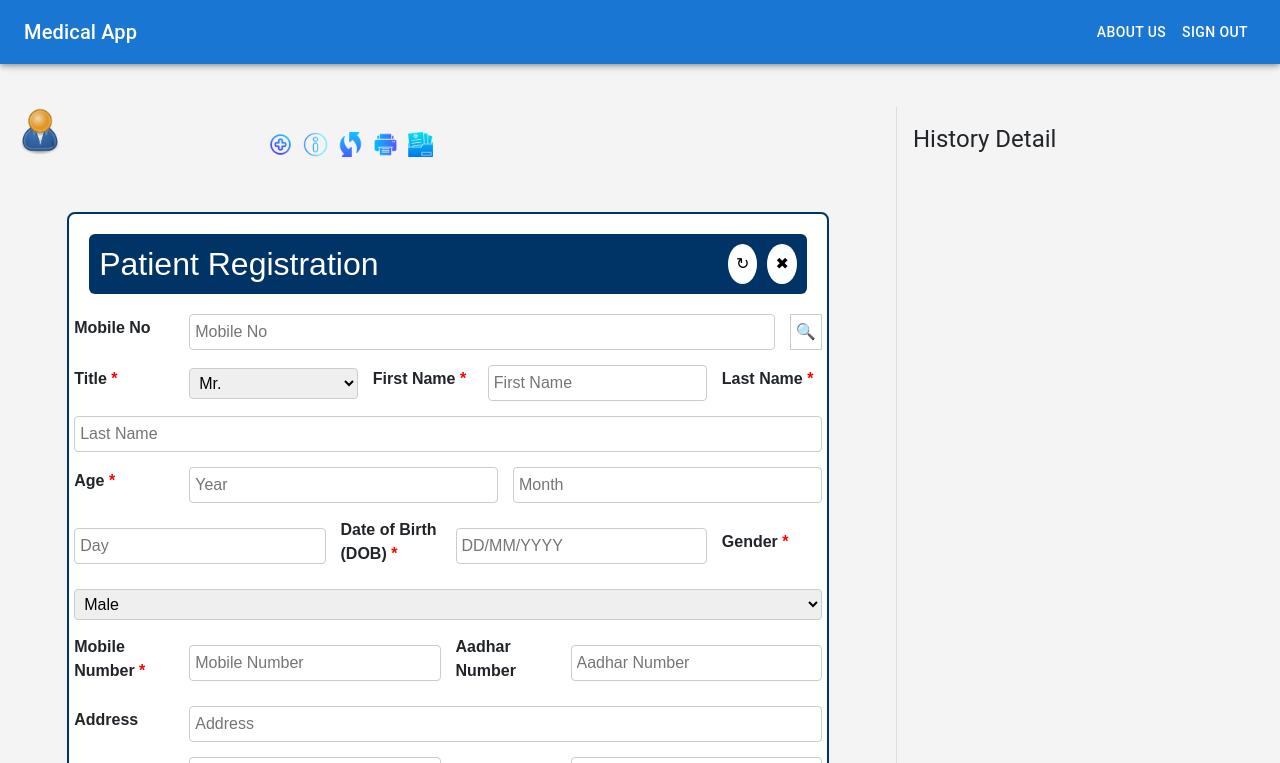
Repository: sshaiv/demo_project
Page: /
The author's editor kept a copy of each file at every save. The page is drawn from the files as they stood at one save, then again after the next save.
The browser window is 1280 px wide. The pictures show the whole page.
An inner scrolling area shows only its first screen. The project was rebuilt for these pictures with package versions that can differ from the ones it lists, and the page was loaded fresh each time.

Above is the page before, as saved 2024-08-12 22:42:47.

### public/index.html
<!DOCTYPE html>
<html lang="en">
  <head>
    <meta charset="utf-8" />
    <link rel="icon" href="%PUBLIC_URL%/favicon.ico" />
    <meta name="viewport" content="width=device-width, initial-scale=1" />
    <meta name="theme-color" content="#000000" />
    <meta
      name="description"
      content="Web site created using create-react-app"
    />
    <link rel="apple-touch-icon" href="%PUBLIC_URL%/logo192.png" />
    <!--
      manifest.json provides metadata used when your web app is installed on a
      user's mobile device or desktop. See https://developers.google.com/web/fundamentals/web-app-manifest/
    -->
    <link rel="manifest" href="%PUBLIC_URL%/manifest.json" />
    <link
  rel="stylesheet"
  href="https://maxcdn.bootstrapcdn.com/bootstrap/4.5.2/css/bootstrap.min.css"
/>

    <!--
      Notice the use of %PUBLIC_URL% in the tags above.
      It will be replaced with the URL of the `public` folder during the build.
      Only files inside the `public` folder can be referenced from the HTML.

      Unlike "/favicon.ico" or "favicon.ico", "%PUBLIC_URL%/favicon.ico" will
      work correctly both with client-side routing and a non-root public URL.
      Learn how to configure a non-root public URL by running `npm run build`.
    -->
    <title>React App</title>
  </head>
  <body>
    <noscript>You need to enable JavaScript to run this app.</noscript>
    <div id="root"></div>
    <!--
      This HTML file is a template.
      If you open it directly in the browser, you will see an empty page.

      You can add webfonts, meta tags, or analytics to this file.
      The build step will place the bundled scripts into the <body> tag.

      To begin the development, run `npm start` or `yarn start`.
      To create a production bundle, use `npm run build` or `yarn build`.
    -->
  </body>
</html>

### src/App.js
// src/App.js
import React from 'react';
import { Box, Container } from '@mui/material';
import LeftSection from './components/LeftSection';
import RightSection from './components/RightSection';
import Header from './components/Header'; // Assuming you have a Header component
import NursingHeader from './components/NursingHeader';

const App = () => {
  return (
    <div>
      <Header /> {/* Include your header if you have one */}

      <Box
        sx={{
          position:'relative',
          top:'75px',
          display: 'flex',
          height: 'calc(100vh - 64px)', // Adjust height if you have a header
        }}
      >
        <Box sx={{ width: '70%', overflowY: 'scroll' }}>
          <LeftSection />
           <NursingHeader />
        </Box>
        <Box sx={{ width: '30%', borderLeft: '1px solid #ddd' }}>
          <RightSection />
        </Box>
      </Box>
    </div>
  );
};

export default App;

### src/components/LeftSection.jsx
// src/components/LeftSection.js
import React from 'react';
// import { Box, Typography, TextField, Grid } from '@mui/material';

const LeftSection = () => {
  return (
   <div></div>
  );
};

export default LeftSection;

### src/components/RightSection.jsx
// src/components/RightSection.js
import React from 'react';
import { Box, Typography } from '@mui/material';

const RightSection = () => {
  return (
    <Box
      sx={{
        width: '100%',
        height: 'calc(100vh - 64px)',
        padding: '16px',
        boxSizing: 'border-box',
      }}
    >
      <Typography variant="h5" gutterBottom>
        History Detail
      </Typography>
      {/* Add more content as needed */}
    </Box>
  );
};

export default RightSection;

### src/components/Header.js
import React from 'react';
import { AppBar, Toolbar, Typography, Button } from '@mui/material';

const Header = () => {
  return (
    <AppBar position="fixed">
      <Toolbar>
        <Typography variant="h6" style={{ flexGrow: 1 }}>
          Medical App
        </Typography>
        <Button color="inherit">About Us</Button>
        <Button color="inherit">Sign Out</Button>
      </Toolbar>
    </AppBar>
  );
};

export default Header;

### src/components/NursingHeader.js
// import React from "react";
import React, { useState } from "react";
import Modal from "./AddPatient";
import  '../cssfile/style.css'

const NursingHeader = () => {
    const [isModalOpen, setIsModalOpen] = useState(false);

    const openModal = () => {
      setIsModalOpen(true);
    };

    const closeModal = () => {
      setIsModalOpen(false);
    };

  return (
    <div id="NursingHeader" className="container-fluid">
      <div className="row">
        {/* Employee Image */}
        <div className="col-md-1">
          <img
            src="/assets/2000px-User_icon_2.svg.png"
            style={{
              width: "50px",
              height: "50px",
              marginRight: "10px",
              cursor: "pointer",
            }}
            alt=""
            onClick={() => console.log("Add Patient Clicked")}
          />
        </div>

        {/* Patient Information */}
        <div className="col-md-5">
          <div
            className="input-group input-group-sm"
            style={{ fontWeight: "bolder", border: "none" }}
          >
            <span
              id="txtPatName"
              style={{
                display: "inline",
                fontWeight: "bolder",
                border: "none",
              }}
            >
              {/* Patient Name */}
            </span>
            <span
              id="txtAgeSex"
              style={{
                display: "inline",
                fontWeight: "bolder",
                border: "none",
              }}
            >
              {/* Age and Sex */}
            </span>
            <span
              id="txtNurIpdNo"
              style={{
                display: "inline",
                fontWeight: "bolder",
                border: "none",
              }}
            >
              {/* Nurse IPD Number */}
            </span>
            <span
              id="txtMobNo"
              className="glyphicon glyphicon-phone"
              style={{
                display: "inline",
                fontWeight: "bolder",
                fontSize: "15px",
                border: "none",
              }}
            >
              {/* Mobile Number */}
            </span>
          </div>
        </div>

        {/* Action Buttons */}
        <div
        className="col-md-6"
        style={{ textAlign: "right", position: "relative", bottom: "40px" }}
      >
        <img
          src="/assets/addpatients.png"
          style={{
            width: "25px",
            height: "25px",
            marginRight: "10px",
            cursor: "pointer",
          }}
          alt="ADD"
          onClick={openModal}
        />
        <img
          src="/assets/info-button.png"
          style={{
            width: "25px",
            height: "25px",
            marginRight: "10px",
            cursor: "pointer",
          }}
          alt="Info"
          onClick={() => console.log("Info Button Clicked")}
        />
        <img
          src="/assets/refresh.png"
          style={{
            width: "25px",
            height: "25px",
            marginRight: "10px",
            cursor: "pointer",
          }}
          alt="Refresh"
          onClick={() => console.log("Refresh Clicked")}
        />
        <img
          src="/assets/printer.png"
          style={{
            width: "25px",
            height: "25px",
            marginRight: "10px",
            cursor: "pointer",
          }}
          alt="Print"
          onClick={() => console.log("Print Clicked")}
        />
        <img
          src="/assets/folder.png"
          style={{ width: "25px", height: "25px", cursor: "pointer" }}
          alt="Folder"
          onClick={() => console.log("Folder Clicked")}
        />
      </div>

      {/* Modal */}
      <Modal isOpen={isModalOpen} onClose={closeModal}>
        <h2>Add Patient</h2>
        <form>
          {/* Your form fields go here */}
          <div>
            <label>Name:</label>
            <input type="text" name="name" />
          </div>
          <div>
            <label>Age:</label>
            <input type="number" name="age" />
          </div>
          <div>
            <label>Gender:</label>
            <select name="gender">
              <option value="male">Male</option>
              <option value="female">Female</option>
            </select>
          </div>
          <button type="submit">Submit</button>
        </form>
      </Modal>
      </div>

      {/* Hidden Fields */}
      <div className="row">
        <div className="col-md-1" hidden>
          <label>Bed No.</label>
          <input
            id="txtBedNo"
            type="text"
            className="form-control form-control-readonly"
            readOnly
            disabled
          />
        </div>
        <div className="col-md-1" hidden>
          <label>Age</label>
          <input
            id="txtAge"
            type="text"
            className="form-control form-control-readonly"
            readOnly
            disabled
          />
        </div>
        <div className="col-md-1" hidden>
          <label>Gender</label>
          <input
            id="txtGender"
            type="text"
            className="form-control form-control-readonly"
            readOnly
            disabled
          />
        </div>
      </div>
    </div>
  );
};

// Reusable Button Component
const Button = ({ id, imgSrc, onClick, title, disabled }) => (
  <button
    id={id}
    className="btn btn-primary btn-sm"
    style={{ backgroundColor: "transparent" }}
    onClick={onClick}
    title={title}
    disabled={disabled}
  >
    <img
      src={imgSrc}
      style={{ width: "25px", height: "25px" }}
      alt={title || "button"}
    />
  </button>
);

export default NursingHeader;

### src/components/AddPatient.js

import React from 'react';
// import '/project/my-app/src/hms_css/NursingHeader.css';
import '../cssfile/style.css'

const AddPatient = () => {
  // const handleDocumentPatientFile = (type) => {
  //   console.log(Document Patient File Type: ${type});
  // };

  const handleRefreshDocExmn = () => {
    console.log('Refresh Document Examination');
  };

  const handleGetReportDoctorExmnData = () => {
    console.log('Get Report Doctor Examination Data');
  };

  const handleOnClose = () => {
    console.log('Close');
  };

  return (
    <div className="container">
      <div className="header">
        <h2>Patient Registration</h2>
        <div className="buttons">
          <button className="refresh-btn" onClick={handleRefreshDocExmn}>
            &#x21bb;
          </button>
          <button className="close-btn" onClick={handleOnClose}>
            &#x2716;
          </button>
        </div>
      </div>
      <form className="patient-form">
        {/* Form Fields */}
        <div className="row">
          <label>Mobile No</label>
          <input type="text" placeholder="Mobile No" />
          <button className="search-btn">&#x1F50D;</button>
        </div>

        <div className="row">
          <label>
            Title <span className="required">*</span>
          </label>
          <select>
            <option>Mr.</option>
            <option>Mrs.</option>
            <option>Ms.</option>
          </select>

          <label>
            First Name <span className="required">*</span>
          </label>
          <input type="text" placeholder="First Name" />

          <label>
            Last Name <span className="required">*</span>
          </label>
          <input type="text" placeholder="Last Name" />
        </div>

        <div className="row">
          <label>
            Age <span className="required">*</span>
          </label>
          <input type="text" placeholder="Year" />
          <input type="text" placeholder="Month" />
          <input type="text" placeholder="Day" />

          <label>
            Date of Birth (DOB) <span className="required">*</span>
          </label>
          <input type="text" placeholder="DD/MM/YYYY" />

          <label>
            Gender <span className="required">*</span>
          </label>
          <select>
            <option>Male</option>
            <option>Female</option>
            <option>Other</option>
          </select>
        </div>

        <div className="row">
          <label>
            Mobile Number <span className="required">*</span>
          </label>
          <input type="text" placeholder="Mobile Number" />

          <label>Aadhar Number</label>
          <input type="text" placeholder="Aadhar Number" />

          <label>Address</label>
          <input type="text" placeholder="Address" />
        </div>

        <div className="row">
          <label>City</label>
          <input type="text" placeholder="City" />

          <label>State</label>
          <input type="text" placeholder="State" />

          <label>Country</label>
          <input type="text" placeholder="Country" />
        </div>

        <div className="footer">
          <button type="submit" className="done-btn">
            DONE
          </button>
        </div>
      </form>
    </div>
  );
};

export default AddPatient;

### src/cssfile/style.css
body {
    font-family: Arial, sans-serif;
    background-color: #f4f4f4;
    display: flex;
    justify-content: center;
    align-items: center;
    height: 100vh;
    margin: 0;
  }

  .container {
    background-color: white;
    width: 85%;
    border: 2px solid #003366;
    border-radius: 8px;
    padding: 20px;
  }

  .header {
    display: flex;
    justify-content: space-between;
    align-items: center;
    background-color: #003366;
    color: white;
    padding: 10px;
    border-radius: 6px;
  }

  .header h2 {
    margin: 0;
  }

  .buttons {
    display: flex;
    gap: 10px;
  }

  .buttons button {
    background-color: white;
    border: none;
    border-radius: 50%;
    padding: 8px;
    cursor: pointer;
    font-size: 16px;
  }

  .patient-form {
    margin-top: 20px;
  }

  .row {
    display: flex;
    align-items: center;
    margin-bottom: 15px;
    gap: 15px;
  }

  .row label {
    width: 100px;
    font-weight: bold;
  }

  .row input,
  .row select {
    flex: 1;
    padding: 5px;
    border: 1px solid #ccc;
    border-radius: 4px;
  }

  .row .required {
    color: red;
  }

  .search-btn {
    background-color: #fff;
    border: 1px solid #ccc;
    padding: 5px;
    cursor: pointer;
  }

  .footer {
    display: flex;
    justify-content: center;
    margin-top: 20px;
  }

  .done-btn {
    background-color: #003366;
    color: white;
    padding: 10px 20px;
    border: none;
    border-radius: 4px;
    cursor: pointer;
    font-size: 16px;
  }

Loaded but not shown: src/index.js (common file); src/index.css (common file)

After the next save:
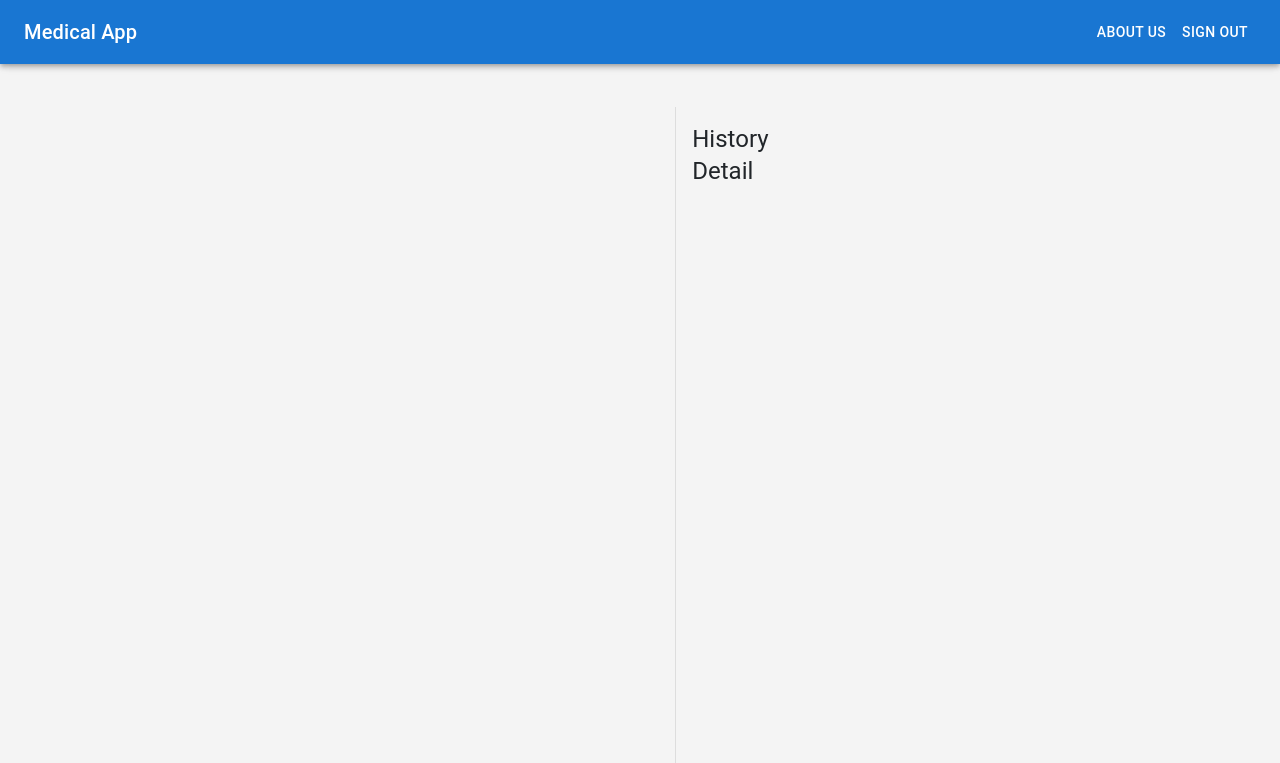
Saved 24 min 40 s later.
--- a/src/App.js
+++ b/src/App.js
@@ -21,7 +21,7 @@ const App = () => {
       >
         <Box sx={{ width: '70%', overflowY: 'scroll' }}>
           <LeftSection />
-           <NursingHeader />
+           {/* <NursingHeader /> */}
         </Box>
         <Box sx={{ width: '30%', borderLeft: '1px solid #ddd' }}>
           <RightSection />
